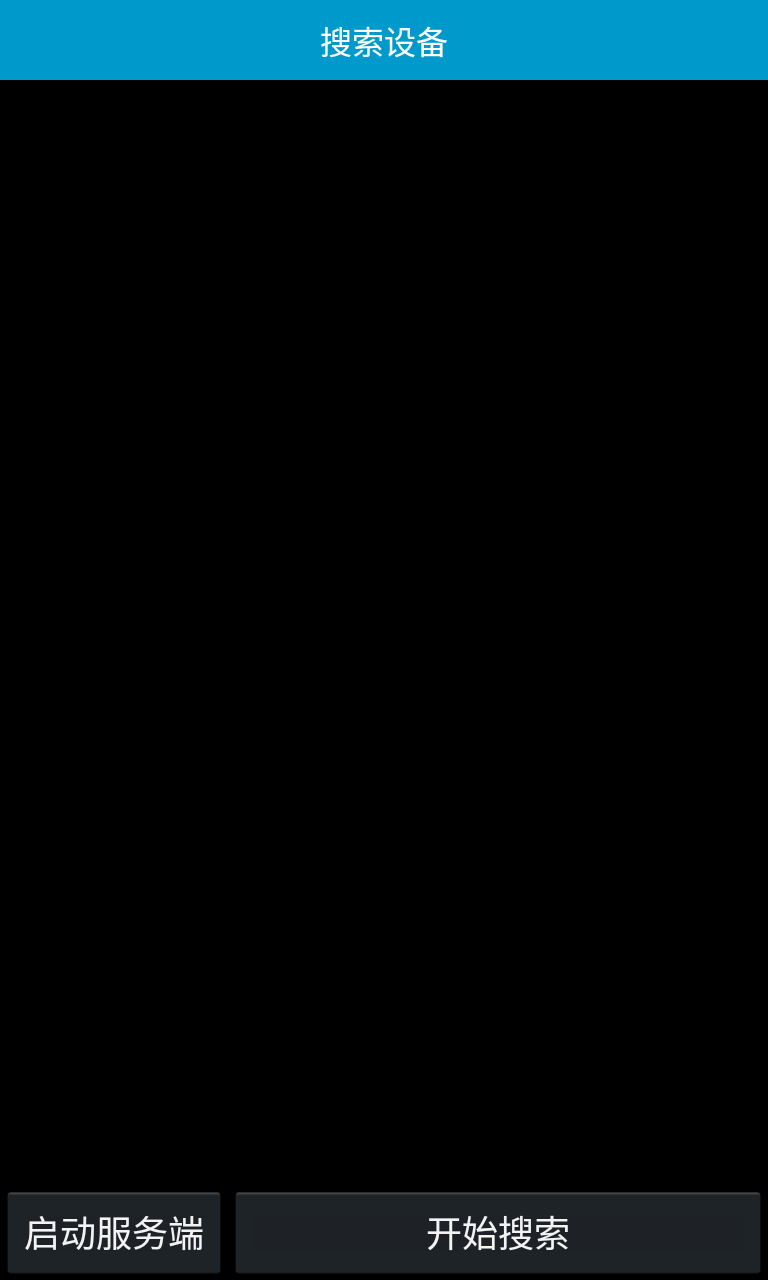
Repository: yihu0817/AndroidDemo
Layout: 蓝牙/AndroidBluetooth/res/layout/devices_layout.xml
The author's editor kept a copy of each file at every save. The layout is drawn from the files as they stood at one save, then again after the next save.
It is drawn on a 768 x 1280 px phone screen (xhdpi) without system bars, with theme android:Theme.Holo; the app's code is not run. Lists and similar views that code fills are empty.

Above is the layout before, as saved 2015-03-20 02:21:14.

### 蓝牙/AndroidBluetooth/res/layout/devices_layout.xml
<?xml version="1.0" encoding="utf-8"?>
<RelativeLayout xmlns:android="http://schemas.android.com/apk/res/android"
    android:id="@+id/devices"
    android:layout_width="fill_parent"
    android:layout_height="fill_parent"
    android:orientation="vertical" >

    <TextView
        android:id="@+id/titletxt"
        android:layout_width="fill_parent"
        android:layout_height="40dp"
        android:background="@android:color/holo_blue_dark"
        android:gravity="center"
        android:text="搜索设备"
        android:textColor="@android:color/white"
        android:textSize="16sp" />

    <RelativeLayout
        android:id="@+id/bt_bottombar"
        android:layout_width="fill_parent"
        android:layout_height="wrap_content"
        android:layout_alignParentBottom="true" >

        <Button
            android:id="@+id/start_service"
            android:layout_width="wrap_content"
            android:layout_height="wrap_content"
            android:text="启动服务端" />

        <Button
            android:id="@+id/start_seach"
            android:layout_width="fill_parent"
            android:layout_height="wrap_content"
            android:layout_toRightOf="@+id/start_service"
            android:text="开始搜索" />
    </RelativeLayout>

    <ListView
        android:id="@+id/list"
        android:layout_width="fill_parent"
        android:layout_height="fill_parent"
        android:layout_above="@id/bt_bottombar"
        android:layout_below="@id/titletxt"
        android:layout_weight="1.0"
        android:divider="#ffc6c6c6"
        android:scrollingCache="false" />

</RelativeLayout>

After the next save:
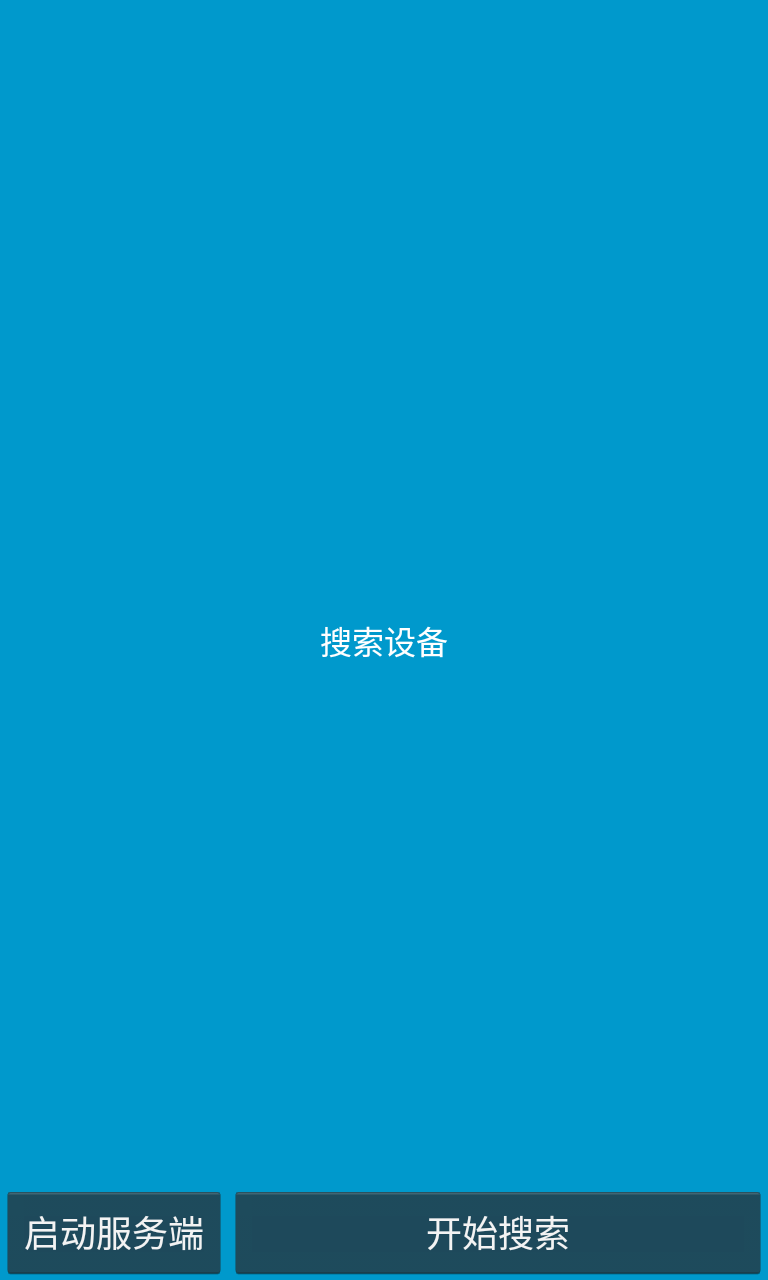
Saved 59 s later.
--- a/蓝牙/AndroidBluetooth/res/layout/devices_layout.xml
+++ b/蓝牙/AndroidBluetooth/res/layout/devices_layout.xml
@@ -4,11 +4,13 @@
     android:layout_width="fill_parent"
     android:layout_height="fill_parent"
     android:orientation="vertical" >
-
+	<LinearLayout  android:id="@+id/titletxt"
+	     android:layout_width="fill_parent"
+        android:layout_height="40dp"></LinearLayout>
     <TextView
         android:id="@+id/titletxt"
-        android:layout_width="fill_parent"
-        android:layout_height="40dp"
+        android:layout_width="match_parent"
+        android:layout_height="match_parent"
         android:background="@android:color/holo_blue_dark"
         android:gravity="center"
         android:text="搜索设备"

After the 2 saves that followed:
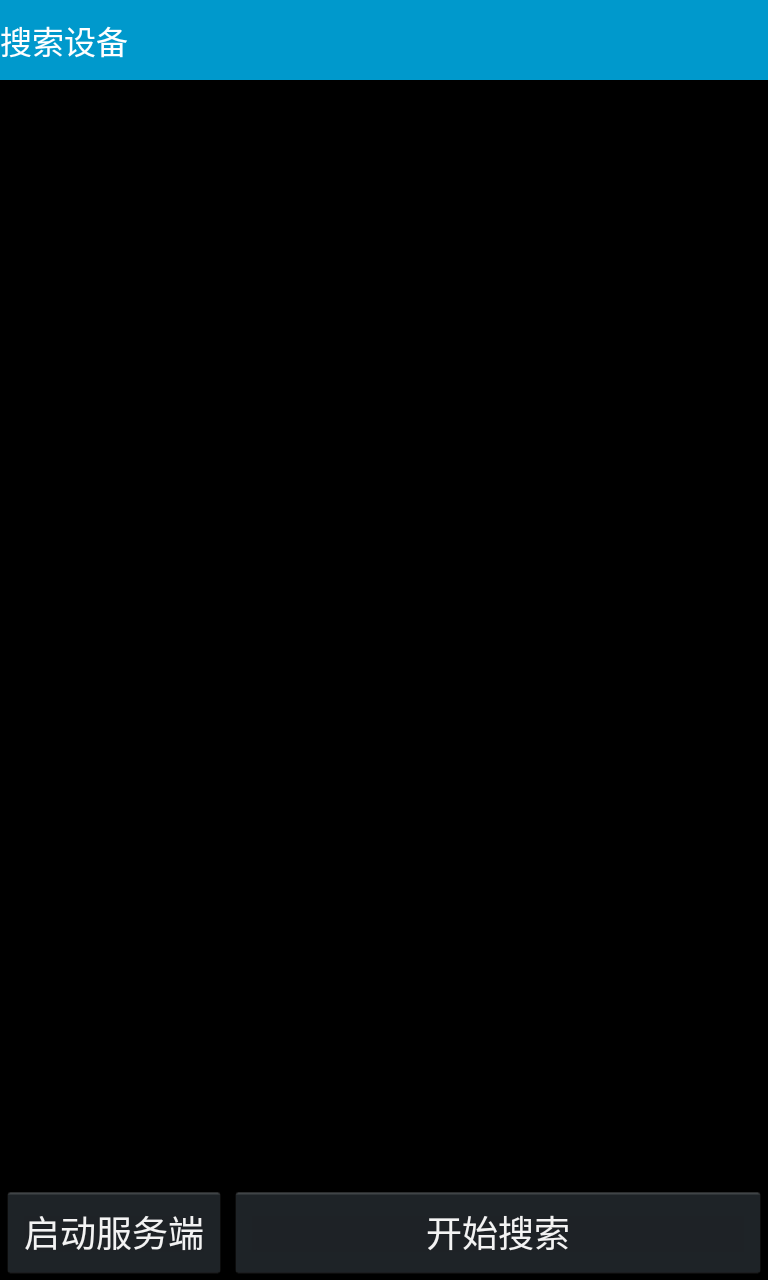
The 2 saves are shown as one change because they came seconds apart.
The last was saved 34 s later.
--- a/蓝牙/AndroidBluetooth/res/layout/devices_layout.xml
+++ b/蓝牙/AndroidBluetooth/res/layout/devices_layout.xml
@@ -4,18 +4,20 @@
     android:layout_width="fill_parent"
     android:layout_height="fill_parent"
     android:orientation="vertical" >
-	<LinearLayout  android:id="@+id/titletxt"
-	     android:layout_width="fill_parent"
-        android:layout_height="40dp"></LinearLayout>
-    <TextView
+
+    <LinearLayout
         android:id="@+id/titletxt"
-        android:layout_width="match_parent"
-        android:layout_height="match_parent"
-        android:background="@android:color/holo_blue_dark"
-        android:gravity="center"
-        android:text="搜索设备"
-        android:textColor="@android:color/white"
-        android:textSize="16sp" />
+        android:layout_width="fill_parent"
+        android:layout_height="40dp"
+        android:background="@android:color/holo_blue_dark" >
+        <TextView
+            android:layout_width="wrap_content"
+            android:layout_height="match_parent"
+            android:gravity="center"
+            android:text="搜索设备"
+            android:textColor="@android:color/white"
+            android:textSize="16sp" />
+    </LinearLayout>
 
     <RelativeLayout
         android:id="@+id/bt_bottombar"
